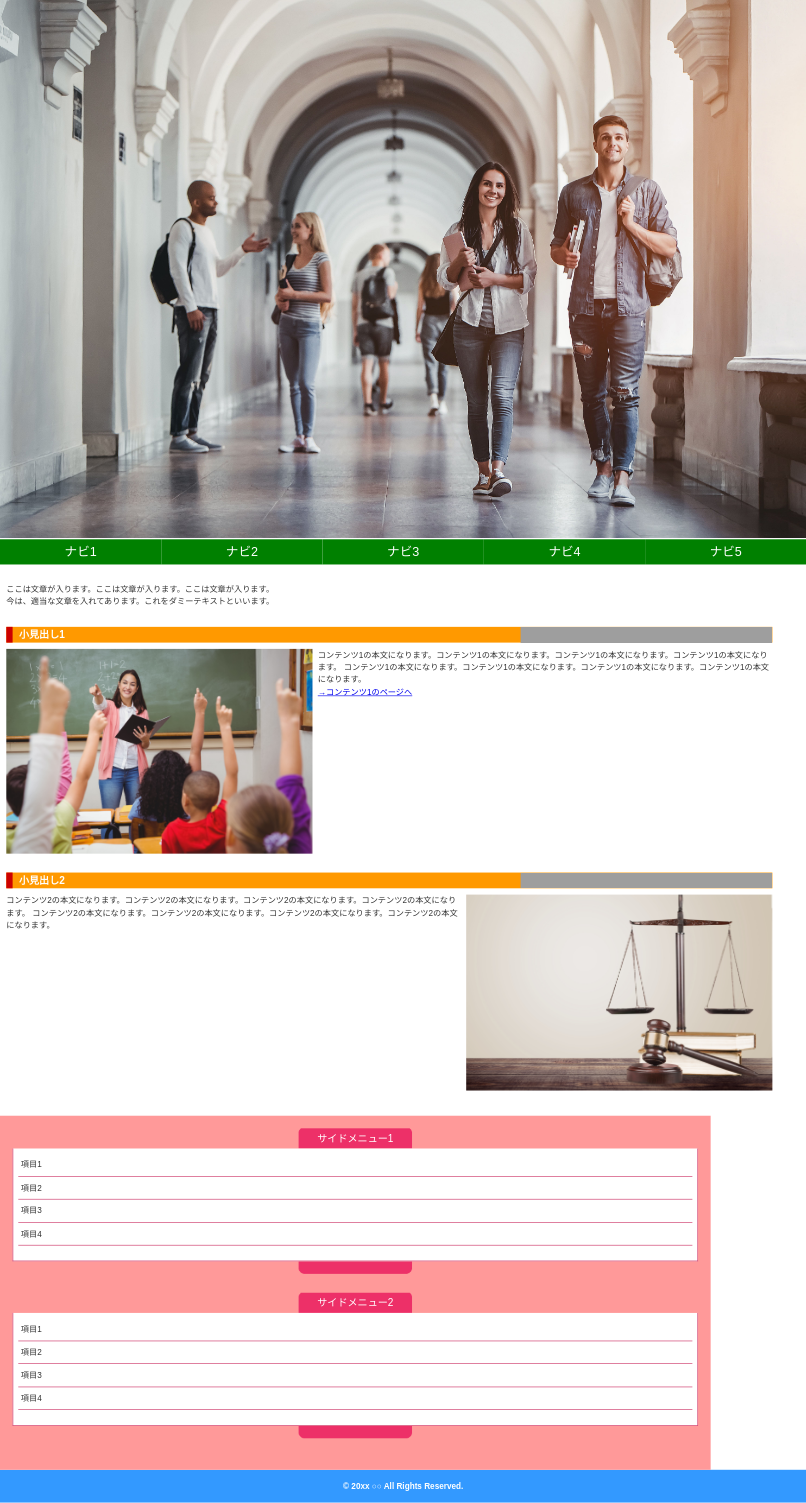
Repository: Soto-Iwaki/samurai_HTML-CSS
Page: home.html
The author's editor kept a record of every edit. The page is drawn from the files as they stood at one moment, then again after the next edit.
The browser window is 1280 px wide. The pictures show the whole page, at 63% of full size.
Pictures or frames that could not be fetched are drawn as grey boxes.

Above is the page before.

### home.html
<!DOCTYPE html>
<html lang="ja">
    <head>
        <meta charset="UTF-8">
        <title>HTML/CSSの学習</title>
        <link rel="stylesheet" href="stylesheet.css">
    </head>
    <body>
        <div id="header">
            <h1><a href="index.html"><img id="corridor" src="images/corridor.jpg" alt="大学の廊下" /></a></h1>
        </div>
    <div id="wrapper">
        <div id="nav">
            <ul>
                <li><a href="home.html">ナビ1</a></li>
                <li><a href="#">ナビ2</a></li>
                <li><a href="#">ナビ3</a></li>
                <li><a href="#">ナビ4</a></li>
                <li><a href="#">ナビ5</a></li>
            </ul>
        </div>
            <div id="container">
                <div id="main">
                    <div class="post">
                        <p>ここは文章が入ります。ここは文章が入ります。ここは文章が入ります。<br />今は、適当な文章を入れてあります。これをダミーテキストといいます。</p>
                    </div>
                    <div class="post clearfix">
                        <h2>小見出し1</h2>
                        <img class="left" src="images/classroom.jpg" alt="授業風景" />
                        <p>
                            コンテンツ1の本文になります。コンテンツ1の本文になります。コンテンツ1の本文になります。コンテンツ1の本文になります。
                            コンテンツ1の本文になります。コンテンツ1の本文になります。コンテンツ1の本文になります。コンテンツ1の本文になります。
                        </p>
                        <p><a href="#">→コンテンツ1のページへ</a></p>
                    </div>
                    <div class="post clearfix">
                        <h2>小見出し2</h2>
                        <img class="right" src="images/scale.jpg" alt="天秤" />
                        <p>
                            コンテンツ2の本文になります。コンテンツ2の本文になります。コンテンツ2の本文になります。コンテンツ2の本文になります。
                            コンテンツ2の本文になります。コンテンツ2の本文になります。コンテンツ2の本文になります。コンテンツ2の本文になります。
                        </p>
                    </div>
                </div>
                <div id="side">
                    <div class="box">
                        <h2>サイドメニュー1</h2>
                        <div class="boxBody">
                            <ul>
                                <li>項目1</li>
                                <li>項目2</li>
                                <li>項目3</li>
                                <li>項目4</li>
                            </ul>
                        </div>
                    </div>
                    <div class="box">
                        <h2>サイドメニュー2</h2>
                        <div class="boxBody">
                            <ul>
                                <li>項目1</li>
                                <li>項目2</li>
                                <li>項目3</li>
                                <li>項目4</li>
                            </ul>
                        </div>
                    </div>
                </div>
            </div>
        </div>
        <div id="footer">
            <P>&copy; 20xx ○○ All Rights Reserved.</P>
        </div>
    </body>
</html>

### stylesheet.css
@charset "utf-8";

body {
	margin: 0;
	padding: 0;
	font-family: "ヒラギノ角ゴ Pro W3", "Hiragino Kaku Gothic Pro", "メイリオ", Meiryo, Osaka, "MS Pゴシック", "MS PGothic", sans-serif;
	color: #333;
	font-size: 13px;
	line-height: 150%;
}

/* ---------- wrapper --------- */
#wrapper {
	width: 100%;
	margin: auto;
	padding: 0px;
	border: 0px;
	background-color: #FFF;
	top: 10px;
}

/* ----------- header -----------*/
#header {
	width: 100%;
}
#header h1 {
	margin: 0;
	padding: 0;
}

#corridor {
	width: 100%;
	height: auto;
}

/* ----------- footer -----------*/
#footer {
	clear: both;
	width: 100%;
	padding: 3px 0 3px 0;
	background: #39F;
	color: #FFF;
	font-weight: bold;
	text-align: center;
}

/* ------------ nav ------------ */
#nav {
	width: 100%;
}
#nav ul {
	display: flex;
	margin: 0;
	padding: 0;
	list-style-type: none;
}
#nav ul li {
	width: 20%;
	text-align: center;
}
#nav ul li a {
	display: block;
	height: 20px;
	margin: 0;
	padding: 10px;
	color: #FFF;
	font-size: 20px;
	text-decoration: none;
	background-color: green;
}

#nav ul li a:hover {
	filter: drop-shadow(10px 10px 10px black);
}

/* ----------- container ------------- */
#container {
	width: 100%;
	margin: auto ;
	padding: auto;
	padding-top: 20px;
	clear: both;
	display: grid;
	grid-template-columns: 70vw30vw;
}
/* -------- main ------------- */
#main {
	width: 95%;
	padding: 10px 30px 10px 10px;
}
#main h2 {
	margin: 0 0 10px 0;
	padding: 3px 10px 3px 10px;
	color: #FFF;
	font-size: 16px;
	border-left: solid 10px #C00;
	background: #F90 url(../images/main_h2.jpg) right top repeat-y;
}
#main p {
	margin: 0;
	padding: 0;
}
#main .post {
	margin: 0 0 30px 0;
}

#main .post img.right {
	margin: 0 0 0 8px;
}
#main .post img.left {
	margin: 0 8px 0 0;
}

.right {
	float: right;
	width: 40%;
	height: auto;
}
.left {
	float: left;
	width: 40%;
	height: auto;
}

/* ---------- clearfix ------------ */
.clearfix {
	zoom: 1;
}
.clearfix:after{
	content: "";
	display: block;
	clear: both;
}

/* ----------- side ------------- */
#side {
	width: 85%;
	padding: 20px;
	background-color: #F99;
}
#side .box {
	margin: 0 auto 30px auto;
	padding: 0 0 20px 0;
	background: url(images/side_box.png) bottom no-repeat;
}
#side .box h2 {
	margin: 0;
	padding: 8px;
	text-align: center;
	color: #fff;
	font-size: 16px;
	line-height: 16px;
	font-weight: normal;
	background: url(images/side_box_h2.png) center no-repeat;
}
#side .box .boxBody {
	padding: 8px;
	border-right: solid 1px #C36;
	border-bottom: solid 1px #C36;
	border-left: solid 1px #C36;
	background: #fff;
}
#side .box .boxBody ul {
	margin: 0 0 16px 0;
	padding: 0;
}
#side .box .boxBody ul li {
	padding: 8px 0 8px 4px;
	list-style: none;
	border-bottom: solid 1px #C36;
}

#side .box .boxBody ul li:hover {
	padding: 8px 0 8px 4px;
	list-style: none;
	boder-bottom: solid 1px #C36;
	box-shadow: 0px 4px 4px rgba(0, 0, 0, 0.3);
}

After the next edit:
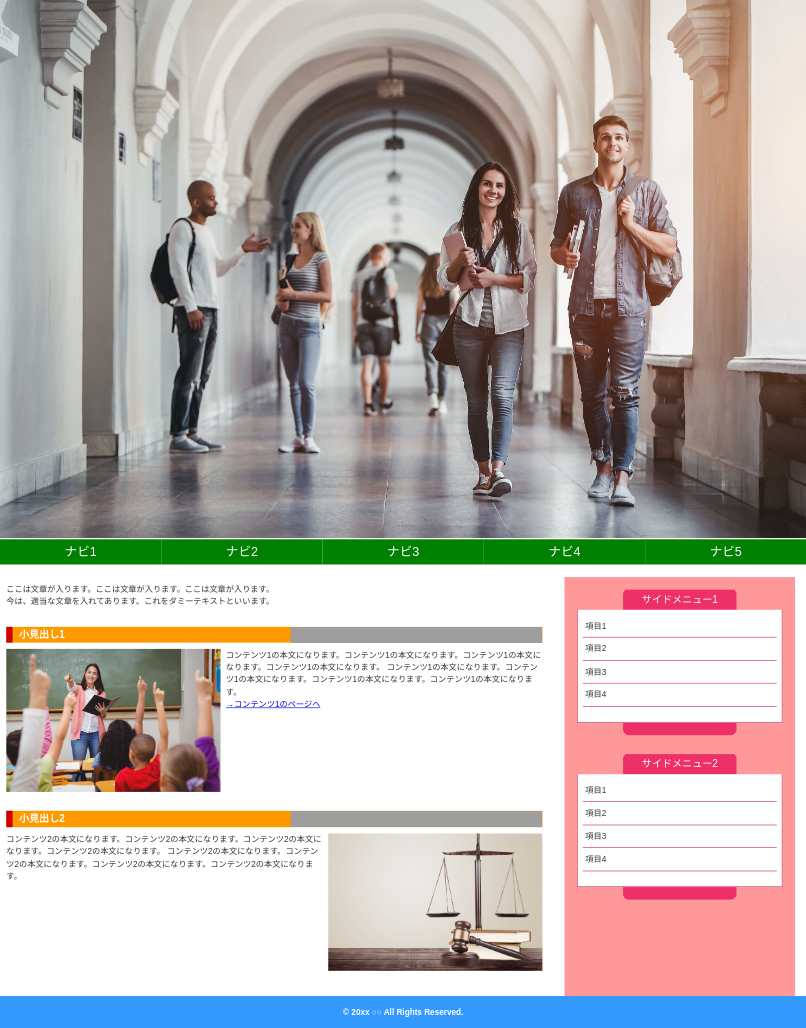
The edit:
--- a/stylesheet.css
+++ b/stylesheet.css
@@ -81,7 +81,7 @@
 	padding-top: 20px;
 	clear: both;
 	display: grid;
-	grid-template-columns: 70vw30vw;
+	grid-template-columns: 70vw 30vw;
 }
 /* -------- main ------------- */
 #main {
